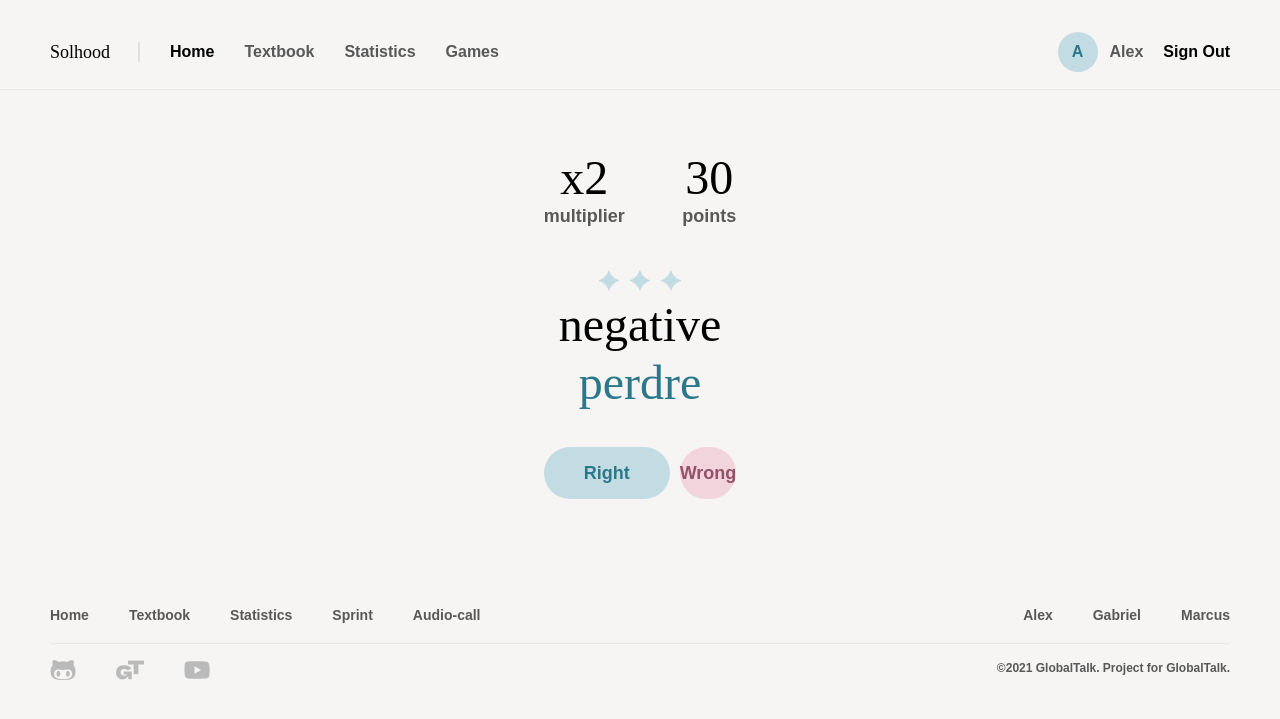
Repository: haudnn/solhood
Page: /game
The author's editor kept a copy of each file at every save. The page is drawn from the files as they stood at one save, then again after the next save.
The browser window is 1280 px wide. The pictures show the whole page.
The project was rebuilt for these pictures with package versions that can differ from the ones it lists, and the page was loaded fresh each time. Also part of the build but not shown: src/pages/Home.tsx, src/pages/Sprint.tsx.

Above is the page before, as saved 2023-01-03 16:37:15.

### src/index.css
@tailwind base;
@tailwind components;
@tailwind utilities;

@import url('https://fonts.googleapis.com/css2?family=Dela+Gothic+One&family=Montserrat:wght@400;500;600;700&display=swap');

@layer components {
    html{
        scroll-behavior: smooth;
    }
    .app-container{
        width: 1180px !important;
        margin: 0 auto !important;
    }
    .wrapper {
        height: calc(100vh - 90px);
        overflow: hidden;
    }
    .line {
        position: relative;
    }
    .wrapper-calc {
        height: calc(100vh - 90px - 157px);
        overflow: hidden;
    }
    .line::before{
        position: absolute;
        content: "";
        right: -30px;
        border-right: 2px solid #e0e0e0 ;
        height: 20px;
        top: 50%;
        transform: translateY(-50%);
    }
    .line-long {
        position: relative;
    }
    .line-long::before{
        position: absolute;
        content: "";
        right: 0px;
        border-right: 2px solid #e0e0e0 ;
        height: 100%;
        top: 50%;
        transform: translateY(-50%);
    }
    .bridge::before {
        position: absolute;
        left:0;
        top:-16px;
        width: 100%;
        height: 20px;
        content:"";
        display: block;
    }
    .grid {
        width: 100%;
        display: block !important;
        padding: 0;
    }

    .grid.wide {
        max-width: 1200px;
        margin: 0 auto;
    }

    .row {
        display: flex;
        flex-wrap: wrap;
        margin-left: -4px;
        margin-right: -4px;
    }

    .row.no-gutters {
        margin-left: 0;
        margin-right: 0;
    }

    .col {
        padding-left: 4px;
        padding-right: 4px;
    }

    .row.no-gutters .col {
        padding-left: 0;
        padding-right: 0;
    }

    .c-0 {
        display: none;
    }

    .c-1 {
        flex: 0 0 8.33333%;
        max-width: 8.33333%;
    }

    .c-2 {
        flex: 0 0 16.66667%;
        max-width: 16.66667%;
    }

    .c-3 {
        flex: 0 0 25%;
        max-width: 25%;
    }

    .c-4 {
        flex: 0 0 33.33333%;
        max-width: 33.33333%;
    }

    .c-5 {
        flex: 0 0 41.66667%;
        max-width: 41.66667%;
    }

    .c-6 {
        flex: 0 0 50%;
        max-width: 50%;
    }

    .c-7 {
        flex: 0 0 58.33333%;
        max-width: 58.33333%;
    }

    .c-8 {
        flex: 0 0 66.66667%;
        max-width: 66.66667%;
    }

    .c-9 {
        flex: 0 0 75%;
        max-width: 75%;
    }

    .c-10 {
        flex: 0 0 83.33333%;
        max-width: 83.33333%;
    }

    .c-11 {
        flex: 0 0 91.66667%;
        max-width: 91.66667%;
    }

    .c-12 {
        flex: 0 0 100%;
        max-width: 100%;
    }

    .c-o-1 {
        margin-left: 8.33333%;
    }

    .c-o-2 {
        margin-left: 16.66667%;
    }

    .c-o-3 {
        margin-left: 25%;
    }

    .c-o-4 {
        margin-left: 33.33333%;
    }

    .c-o-5 {
        margin-left: 41.66667%;
    }

    .c-o-6 {
        margin-left: 50%;
    }

    .c-o-7 {
        margin-left: 58.33333%;
    }

    .c-o-8 {
        margin-left: 66.66667%;
    }

    .c-o-9 {
        margin-left: 75%;
    }

    .c-o-10 {
        margin-left: 83.33333%;
    }

    .c-o-11 {
        margin-left: 91.66667%;
    }

    /* >= Tablet */
    @media (min-width: 740px) {
        .row {
            margin-left: -8px;
            margin-right: -8px;
        }

        .col {
            padding-left: 8px;
            padding-right: 8px;
        }

        .m-0 {
            display: none;
        }

        .m-1,
        .m-2,
        .m-3,
        .m-4,
        .m-5,
        .m-6,
        .m-7,
        .m-8,
        .m-9,
        .m-10,
        .m-11,
        .m-12 {
            display: block;
        }

        .m-1 {
            flex: 0 0 8.33333%;
            max-width: 8.33333%;
        }

        .m-2 {
            flex: 0 0 16.66667%;
            max-width: 16.66667%;
        }

        .m-3 {
            flex: 0 0 25%;
            max-width: 25%;
        }

        .m-4 {
            flex: 0 0 33.33333%;
            max-width: 33.33333%;
        }

        .m-5 {
            flex: 0 0 41.66667%;
            max-width: 41.66667%;
        }

        .m-6 {
            flex: 0 0 50%;
            max-width: 50%;
        }

        .m-7 {
            flex: 0 0 58.33333%;
            max-width: 58.33333%;
        }

        .m-8 {
            flex: 0 0 66.66667%;
            max-width: 66.66667%;
        }

        .m-9 {
            flex: 0 0 75%;
            max-width: 75%;
        }

        .m-10 {
            flex: 0 0 83.33333%;
            max-width: 83.33333%;
        }

        .m-11 {
            flex: 0 0 91.66667%;
            max-width: 91.66667%;
        }

        .m-12 {
            flex: 0 0 100%;
            max-width: 100%;
        }

        .m-o-1 {
            margin-left: 8.33333%;
        }

        .m-o-2 {
            margin-left: 16.66667%;
        }

        .m-o-3 {
            margin-left: 25%;
        }

        .m-o-4 {
            margin-left: 33.33333%;
        }

        .m-o-5 {
            margin-left: 41.66667%;
        }

        .m-o-6 {
            margin-left: 50%;
        }

        .m-o-7 {
            margin-left: 58.33333%;
        }

        .m-o-8 {
            margin-left: 66.66667%;
        }

        .m-o-9 {
            margin-left: 75%;
        }

        .m-o-10 {
            margin-left: 83.33333%;
        }

        .m-o-11 {
            margin-left: 91.66667%;
        }
    }

    /* PC medium resolution > */
    @media (min-width: 1113px) {
        .row {
            margin-left: -12px;
            margin-right: -12px;
        }

        .row.sm-gutter {
            margin-left: -5px;
            margin-right: -5px;
        }

        .col {
            padding-left: 12px;
            padding-right: 12px;
        }

        .row.sm-gutter .col {
            padding-left: 5px;
            padding-right: 5px;
        }

        .l-0 {
            display: none;
        }

        .l-1,
        .l-2,
        .l-2-4,
        .l-3,
        .l-4,
        .l-5,
        .l-6,
        .l-7,
        .l-8,
        .l-9,
        .l-10,
        .l-11,
        .l-12 {
            display: block;
        }

        .l-1 {
            flex: 0 0 8.33333%;
            max-width: 8.33333%;
        }

        .l-2 {
            flex: 0 0 16.66667%;
            max-width: 16.66667%;
        }

        .l-2-4 {
            flex: 0 0 20%;
            max-width: 20%;
        }

        .l-3 {
            flex: 0 0 25%;
            max-width: 25%;
        }

        .l-4 {
            flex: 0 0 33.33333%;
            max-width: 33.33333%;
        }

        .l-5 {
            flex: 0 0 41.66667%;
            max-width: 41.66667%;
        }

        .l-6 {
            flex: 0 0 50%;
            max-width: 50%;
        }

        .l-7 {
            flex: 0 0 58.33333%;
            max-width: 58.33333%;
        }

        .l-8 {
            flex: 0 0 66.66667%;
            max-width: 66.66667%;
        }

        .l-9 {
            flex: 0 0 75%;
            max-width: 75%;
        }

        .l-10 {
            flex: 0 0 83.33333%;
            max-width: 83.33333%;
        }

        .l-11 {
            flex: 0 0 91.66667%;
            max-width: 91.66667%;
        }

        .l-12 {
            flex: 0 0 100%;
            max-width: 100%;
        }

        .l-o-1 {
            margin-left: 8.33333%;
        }

        .l-o-2 {
            margin-left: 16.66667%;
        }

        .l-o-3 {
            margin-left: 25%;
        }

        .l-o-4 {
            margin-left: 33.33333%;
        }

        .l-o-5 {
            margin-left: 41.66667%;
        }

        .l-o-6 {
            margin-left: 50%;
        }

        .l-o-7 {
            margin-left: 58.33333%;
        }

        .l-o-8 {
            margin-left: 66.66667%;
        }

        .l-o-9 {
            margin-left: 75%;
        }

        .l-o-10 {
            margin-left: 83.33333%;
        }

        .l-o-11 {
            margin-left: 91.66667%;
        }
    }

    /* Tablet - PC low resolution */
    @media (min-width: 740px) and (max-width: 1023px) {
        .wide {
            width: 644px;
        }
    }

    /* > PC low resolution */
    @media (min-width: 1024px) and (max-width: 1239px) {
        .wide {
            width: 984px;
        }

        .wide .row {
            margin-left: -12px;
            margin-right: -12px;
        }

        .wide .row.sm-gutter {
            margin-left: -5px;
            margin-right: -5px;
        }

        .wide .col {
            padding-left: 12px;
            padding-right: 12px;
        }

        .wide .row.sm-gutter .col {
            padding-left: 5px;
            padding-right: 5px;
        }

        .wide .l-0 {
            display: none;
        }

        .wide .l-1,
        .wide .l-2,
        .wide .l-2-4,
        .wide .l-3,
        .wide .l-4,
        .wide .l-5,
        .wide .l-6,
        .wide .l-7,
        .wide .l-8,
        .wide .l-9,
        .wide .l-10,
        .wide .l-11,
        .wide .l-12 {
            display: block;
        }

        .wide .l-1 {
            flex: 0 0 8.33333%;
            max-width: 8.33333%;
        }

        .wide .l-2 {
            flex: 0 0 16.66667%;
            max-width: 16.66667%;
        }

        .wide .l-2-4 {
            flex: 0 0 20%;
            max-width: 20%;
        }

        .wide .l-3 {
            flex: 0 0 25%;
            max-width: 25%;
        }

        .wide .l-4 {
            flex: 0 0 33.33333%;
            max-width: 33.33333%;
        }

        .wide .l-5 {
            flex: 0 0 41.66667%;
            max-width: 41.66667%;
        }

        .wide .l-6 {
            flex: 0 0 50%;
            max-width: 50%;
        }

        .wide .l-7 {
            flex: 0 0 58.33333%;
            max-width: 58.33333%;
        }

        .wide .l-8 {
            flex: 0 0 66.66667%;
            max-width: 66.66667%;
        }

        .wide .l-9 {
            flex: 0 0 75%;
            max-width: 75%;
        }

        .wide .l-10 {
            flex: 0 0 83.33333%;
            max-width: 83.33333%;
        }

        .wide .l-11 {
            flex: 0 0 91.66667%;
            max-width: 91.66667%;
        }

        .wide .l-12 {
            flex: 0 0 100%;
            max-width: 100%;
        }

        .wide .l-o-1 {
            margin-left: 8.33333%;
        }

        .wide .l-o-2 {
            margin-left: 16.66667%;
        }

        .wide .l-o-3 {
            margin-left: 25%;
        }

        .wide .l-o-4 {
            margin-left: 33.33333%;
        }

        .wide .l-o-5 {
            margin-left: 41.66667%;
        }

        .wide .l-o-6 {
            margin-left: 50%;
        }

        .wide .l-o-7 {
            margin-left: 58.33333%;
        }

        .wide .l-o-8 {
            margin-left: 66.66667%;
        }

        .wide .l-o-9 {
            margin-left: 75%;
        }

        .wide .l-o-10 {
            margin-left: 83.33333%;
        }

        .wide .l-o-11 {
            margin-left: 91.66667%;
        }
    }
}

### src/App.tsx
import "./App.css";
import { BrowserRouter } from 'react-router-dom';
import RouterConfig from './config/RouterConfig';
import Footer from "./components/Layout/Footer";
import Header from "./components/Layout/Header";
function App() {
  return (
    <div className="App font-montserrat">
      <BrowserRouter>
        <Header />
        <RouterConfig/>
        <Footer/>
      </BrowserRouter>
    </div>
  );
}

export default App;

### src/config/RouterConfig.tsx
import React from 'react'
import { Routes, Route } from 'react-router-dom';
import {router} from '../constants';
const RouterConfig = () => {
  return (
    <Routes>
    {router.map(({ path, component }) => (
      <Route key={path} path={path} element={component} />
    ))}
  </Routes>
  )
}

export default RouterConfig

### src/components/Layout/Footer.tsx
import React from "react";
import github from '../../assets/imgs/github.png';
import GT from '../../assets/imgs/GT.png'
import youtube from '../../assets/imgs/youtube.png'
const Footer = () => {
  return (
    <footer>
      <div className="bg-greyligt py-[40px]">
        <div className="app-container">
          <div className="pb-4 border-b border-solid boder-[greymedium]">
            <div className="grid">
              <div className="row">
                <div className="col l-6">
                  <ul className="flex items-center gap-x-10">
                    <li>
                      <a
                        className="text-sm font-semibold text-greydark"
                        href="/"
                      >
                        Home
                      </a>
                    </li>
                    <li>
                      <a
                        className="text-sm font-semibold text-greydark"
                        href="/"
                      >
                        Textbook
                      </a>
                    </li>
                    <li>
                      <a
                        className="text-sm font-semibold text-greydark"
                        href="/"
                      >
                        Statistics
                      </a>
                    </li>
                    <li>
                      <a
                        className="text-sm font-semibold text-greydark"
                        href="/"
                      >
                        Sprint
                      </a>
                    </li>
                    <li>
                      <a
                        className="text-sm font-semibold text-greydark"
                        href="/"
                      >
                        Audio-call
                      </a>
                    </li>
                  </ul>
                </div>
                <div className="col l-6">
                  <ul className="flex items-center justify-end gap-x-10">
                    <li>
                      <a
                        className="text-sm font-semibold text-greydark"
                        href="/"
                      >
                        Alex
                      </a>
                    </li>
                    <li>
                      <a
                        className="text-sm font-semibold text-greydark"
                        href="/"
                      >
                        Gabriel
                      </a>
                    </li>
                    <li>
                      <a
                        className="text-sm font-semibold text-greydark"
                        href="/"
                      >
                        Marcus
                      </a>
                    </li>
                  </ul>
                </div>
              </div>
            </div>
          </div>
          <div className="pt-4">
            <div className="grid">
              <div className="row">
                <div className="col l-6">
                  <ul className="flex items-center gap-x-10">
                    <li>
                      <a href="/">
                        <img src={github} alt="" />
                      </a>
                    </li>
                    <li>
                      <a href="/">
                        <img src={GT} alt="" />
                      </a>
                    </li>
                    <li>
                      <a href="/">
                        <img src={youtube} alt="" />
                      </a>
                    </li>
                  </ul>
                </div>
                <div className="col l-6">
                  <div className="flex items-center justify-end">
                    <span className="text-xs font-semibold text-greydark ">
                      ©2021 GlobalTalk. Project for GlobalTalk.
                    </span>
                  </div>
                </div>
              </div>
            </div>
          </div>
        </div>
      </div>
    </footer>
  );
};

export default Footer;

### src/components/Layout/Header.tsx
import React from "react";

const Header = () => {
  return (
      <header className="py-8 border-b border-solid border-[grey-dark] bg-greyligt max-h-[90px]">
        <div className="app-container">
          <div className="grid">
            <div className="row">
              <div className="col l-6">
                <div className="flex items-center gap-x-[60px] h-full">
                  <div className="line">
                    <a href="/" className="text-lg text-black font-dela">Solhood</a>
                  </div>
                  <div className="">
                    <ul className="flex items-center gap-x-[30px]">
                      <li>
                        <a
                          className="text-base font-semibold text-black"
                          href="/"
                        >
                          Home
                        </a>
                      </li>
                      <li>
                        <a
                          className="text-base font-semibold text-greydark"
                          href="/"
                        >
                          Textbook
                        </a>
                      </li>
                      <li>
                        <a
                          className="text-base font-semibold text-greydark"
                          href="/"
                        >
                          Statistics
                        </a>
                      </li>
                      <li className="relative group">
                        <a
                          className="text-base font-semibold text-greydark"
                          href="/"
                        >
                          Games
                        </a>
                        <div className="z-10 group-hover:block hidden absolute bg-white rounded-xl shadow-lg w-[215px] p-5 top-10 bridge">
                          <ul>
                            <li className="mb-2 text-base font-semibold text-greydark">
                              <a href="/sprint">Sprint</a>
                            </li>
                            <li>
                              <a href="/" className="text-base font-semibold text-greydark">Audio call</a>
                            </li>
                          </ul>
                        </div>
                      </li>
                    </ul>
                  </div>
                </div>
              </div>
              <div className="col l-6">
                <div className="flex justify-end">
                  <div className="flex items-center mr-5 gap-x-3">
                    <div className="flex items-center justify-center w-10 h-10 rounded-[50%] bg-cyanlight">
                      <span className="text-base font-semibold text-cyandark">
                        A
                      </span>
                    </div>
                    <span className="text-base font-semibold text-greydark">
                      Alex
                    </span>
                  </div>
                  <div className="flex items-center">
                    <a href="/" className="text-base font-semibold text-black">
                      Sign Out
                    </a>
                  </div>
                </div>
              </div>
            </div>
          </div>
        </div>
      </header>
  );
};

export default Header;

### src/constants/index.ts
import router from "./router"

export {router}

### src/constants/router.tsx
import Game from "../pages/Game";
import Home from "../pages/Home";
import Sprint from "../pages/Sprint";
const router = [
 {
    path: '/',
    component: <Home />,
 },
 {
   path: '/sprint',
   component: <Sprint />,
 },
 {
  path: '/game',
   component: <Game />,
 }

]
export default router;

### src/pages/Game.tsx
import React from 'react'
import level from "../assets/imgs/level.png";
const Game = () => {
  return (
    <div className="game bg-greyligt">
        <div className="flex items-center justify-center wrapper-calc">
            <div className="">
                <div className='flex items-center justify-between mb-10'>
                    <div className='flex flex-col items-center'>
                        <p className='text-5xl font-dela'>x2</p>
                        <p className='text-lg font-semibold text-greydark'>multiplier</p>
                    </div>
                    <div className='flex flex-col items-center'>
                        <p className='text-5xl font-dela'>30</p>
                        <p className='text-lg font-semibold text-greydark'>points</p>
                    </div>
                </div>
                <div className='mb-10'>
                    <div className='flex items-center justify-center gap-x-[10px] mb-[10px]'>
                        <div>
                            <img src={level} alt="" className="object-cover w-full h-full"/>
                        </div>
                        <div>
                            <img src={level} alt="" className="object-cover w-full h-full"/>
                        </div>
                        <div>
                            <img src={level} alt="" className="object-cover w-full h-full"/>
                        </div>
                    </div>
                    <div>
                        <p className='text-5xl font-dela mb-[10px]'>negative</p>
                        <p className='text-5xl font-dela mb-[10px] text-cyandark text-center'>perdre</p>
                    </div>
                </div>
                <div className='flex items-center justify-center gap-x-[10px]'>
                    <button className='px-10 py-3 rounded-full bg-cyanlight'>
                        <span className='text-lg font-bold text-cyandark'>Right</span>
                    </button>
                    <button className='py-3 rounded-full fpx-10 bg-pinklight'>
                        <span className='text-lg font-bold text-pinkdark'>Wrong</span>
                    </button>
                </div>
            </div>
        </div>
    </div>
  )
}

export default Game

### tailwind.config.js
/** @type {import('tailwindcss').Config} */
module.exports = {
  content: ["./src/**/*.{html,jsx,js,tsx}"],
  theme: {
    fontFamily: {
      dela: ["Dela Gothic One", "cursive"],
      montserrat: ["Montserrat", "sans-serif"],
    },
    extend: {
      colors: {
        cyandesign: "#5996a5",
        cyandark: "#2b788b",
        cyanlight: "#c3dce3",
        pinkdesign: "#a15993",
        pinkdark: "#945069",
        pinklight: "#f2d4dc",
        black: "#000000",
        greyligt: "#f6f5f4",
        greymedium: "#e0e0e0",
        greyicon: "#bababa",
        greydark: "#585858",
        greendesign: "#639b6d",
        reddesign: "#a95151",
        yellowdesign: "#c4a24c",
        orangedesign: "#cb5b43",
      },
    },
  },
  plugins: [],
}

Loaded but not shown: public/index.html (common file); src/index.tsx (common file); src/App.css (common file)

After the next save:
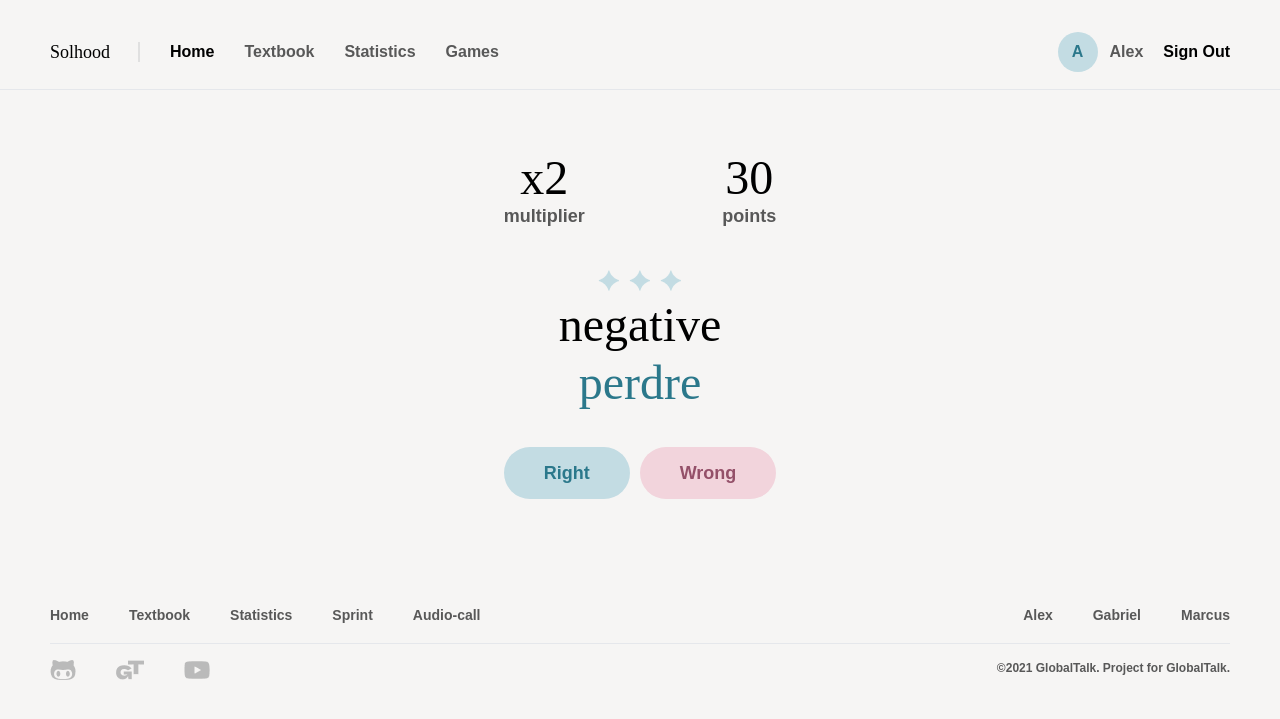
Saved 10 s later.
--- a/src/pages/Game.tsx
+++ b/src/pages/Game.tsx
@@ -36,7 +36,7 @@ const Game = () => {
                     <button className='px-10 py-3 rounded-full bg-cyanlight'>
                         <span className='text-lg font-bold text-cyandark'>Right</span>
                     </button>
-                    <button className='py-3 rounded-full fpx-10 bg-pinklight'>
+                    <button className='px-10 py-3 rounded-full bg-pinklight'>
                         <span className='text-lg font-bold text-pinkdark'>Wrong</span>
                     </button>
                 </div>
